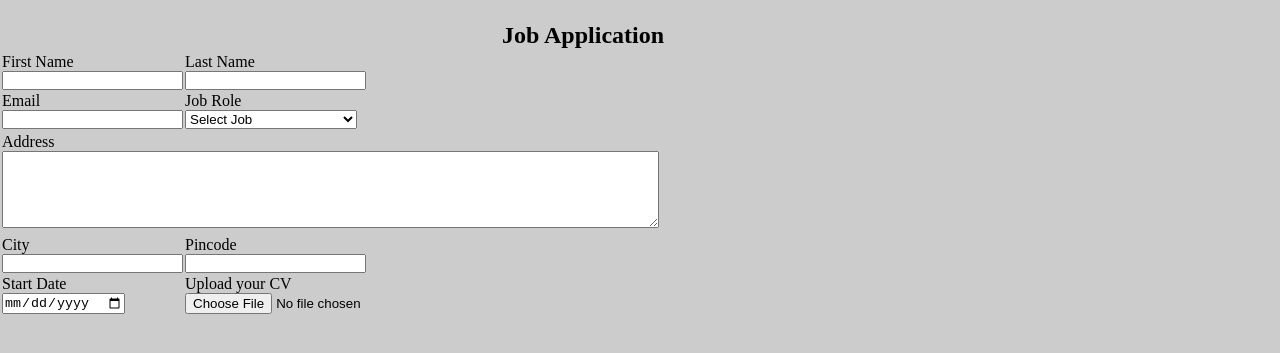
Repository: diensy/JOB-APPLICATION
Page: index.html
The author's editor kept a copy of each file at every save. The page is drawn from the files as they stood at one save, then again after the next save.
The browser window is 1280 px wide. The pictures show the whole page.

Above is the page before, as saved 2024-02-27 01:09:47.

After the next save:
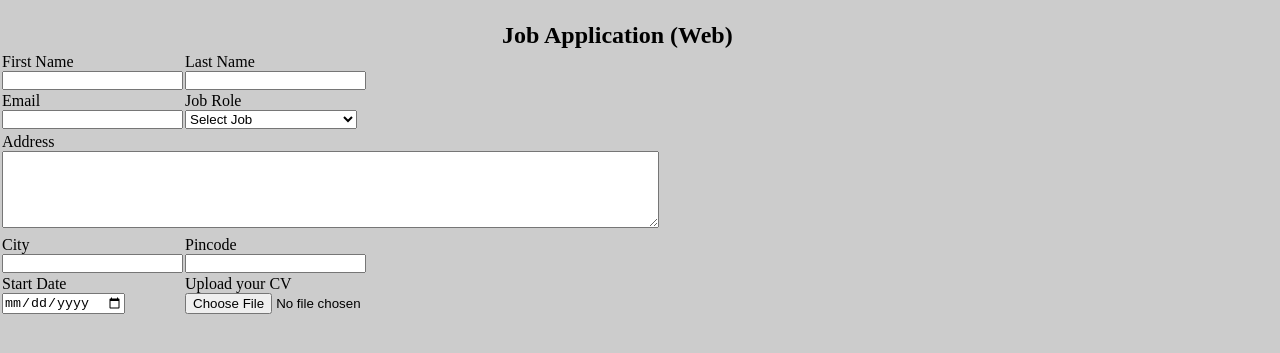
Saved 19 s later.
--- a/index.html
+++ b/index.html
@@ -12,7 +12,7 @@
         <table>
           <tr>
             <td>
-              <h2 class="head">Job Application</h2>
+              <h2 class="head">Job Application <span>(Web)</span></h2>
             </td>
           </tr>
         </table>
